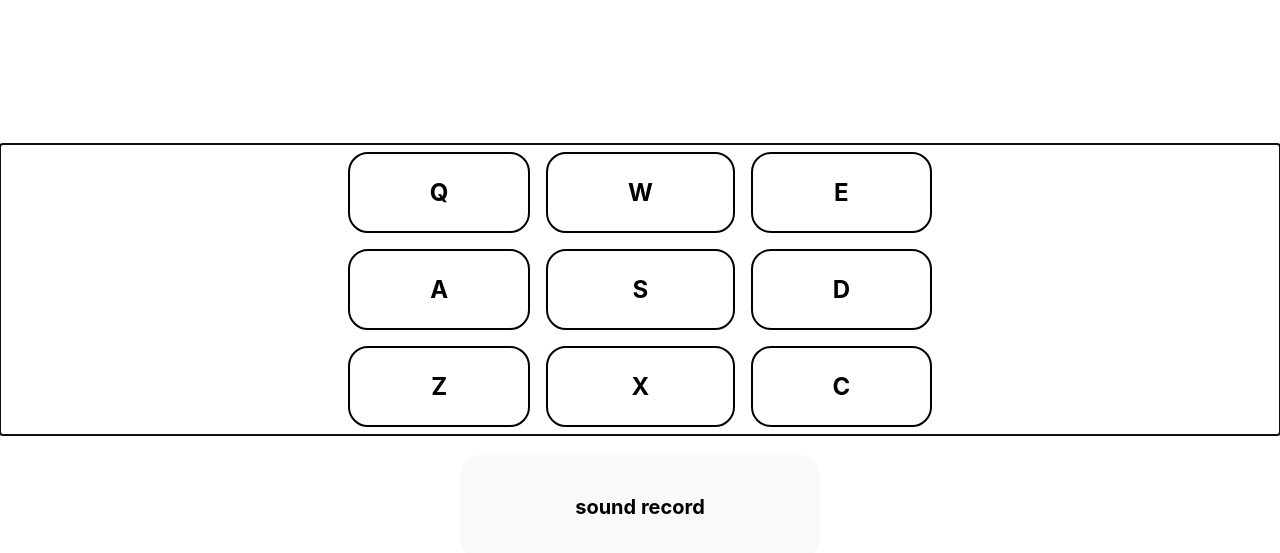
Repository: milac0/drum-machine
Page: /
The author's editor kept a copy of each file at every save. The page is drawn from the files as they stood at one save, then again after the next save.
The browser window is 1280 px wide. The pictures show the whole page.
The project was rebuilt for these pictures with package versions that can differ from the ones it lists, and the page was loaded fresh each time.

Above is the page before, as saved 2019-10-29 17:30:39.

After the next save:
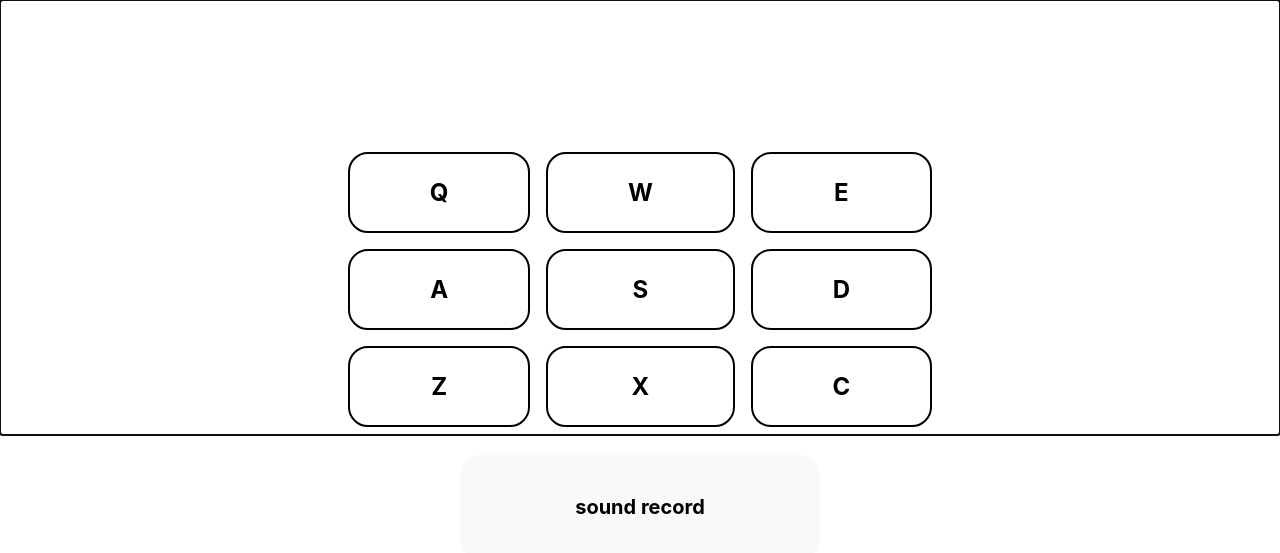
Saved 2 min 37 s later.
--- a/src/App.css
+++ b/src/App.css
@@ -1,5 +1,5 @@
 #drum-machine {
-  margin-top: 20vh;
+  padding-top: 20vh;
 }
 
 #drum-pads {
